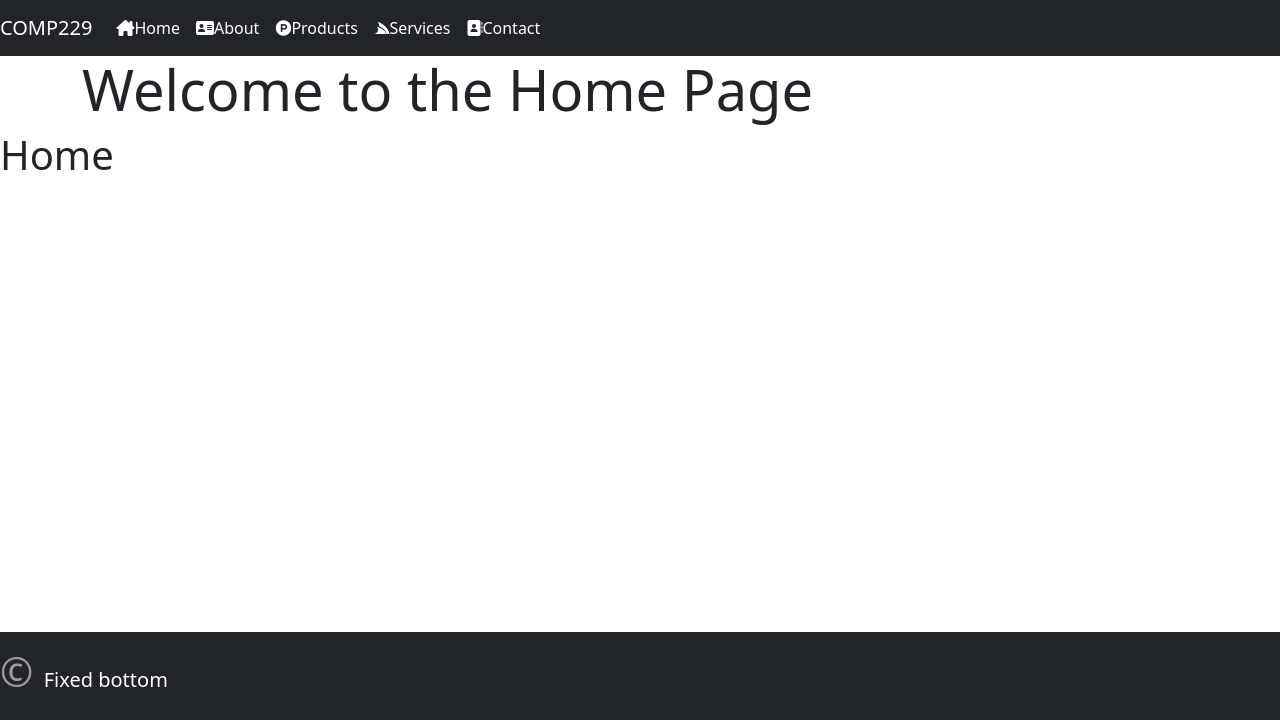
Repository: BlessingAjiboye/WEEK52023W
Page: http://localhost/
These files come from the project's save history. The page is drawn as it stood at one moment and after the next save; the edit follows.
The browser window is 1280 px wide. The pictures show the whole page.
The page is served by the project's Node server (server.js).

Above is the page before, as saved 2023-01-26 11:37:23.

After the next save:
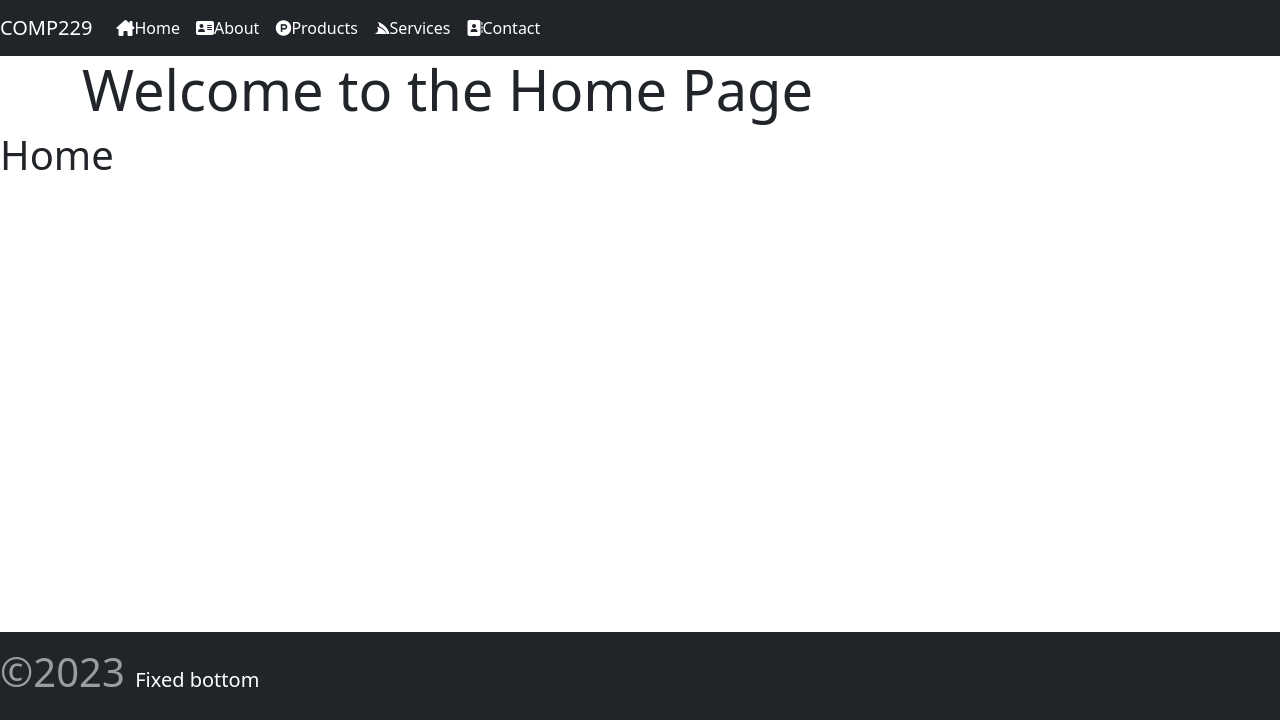
Saved 5 s later.
--- a/views/index.ejs
+++ b/views/index.ejs
@@ -69,7 +69,7 @@
   <footer>
     <nav class="navbar fixed-bottom navbar-dark bg-dark">
   <!--<div class="container-fluid">-->
-    <h1 class="display-6 navbar-text">&copy;
+    <h1 class="display-6 navbar-text">&copy;2023
     <a class="navbar-brand" href="#">Fixed bottom</a>
   </div>
 </nav>
